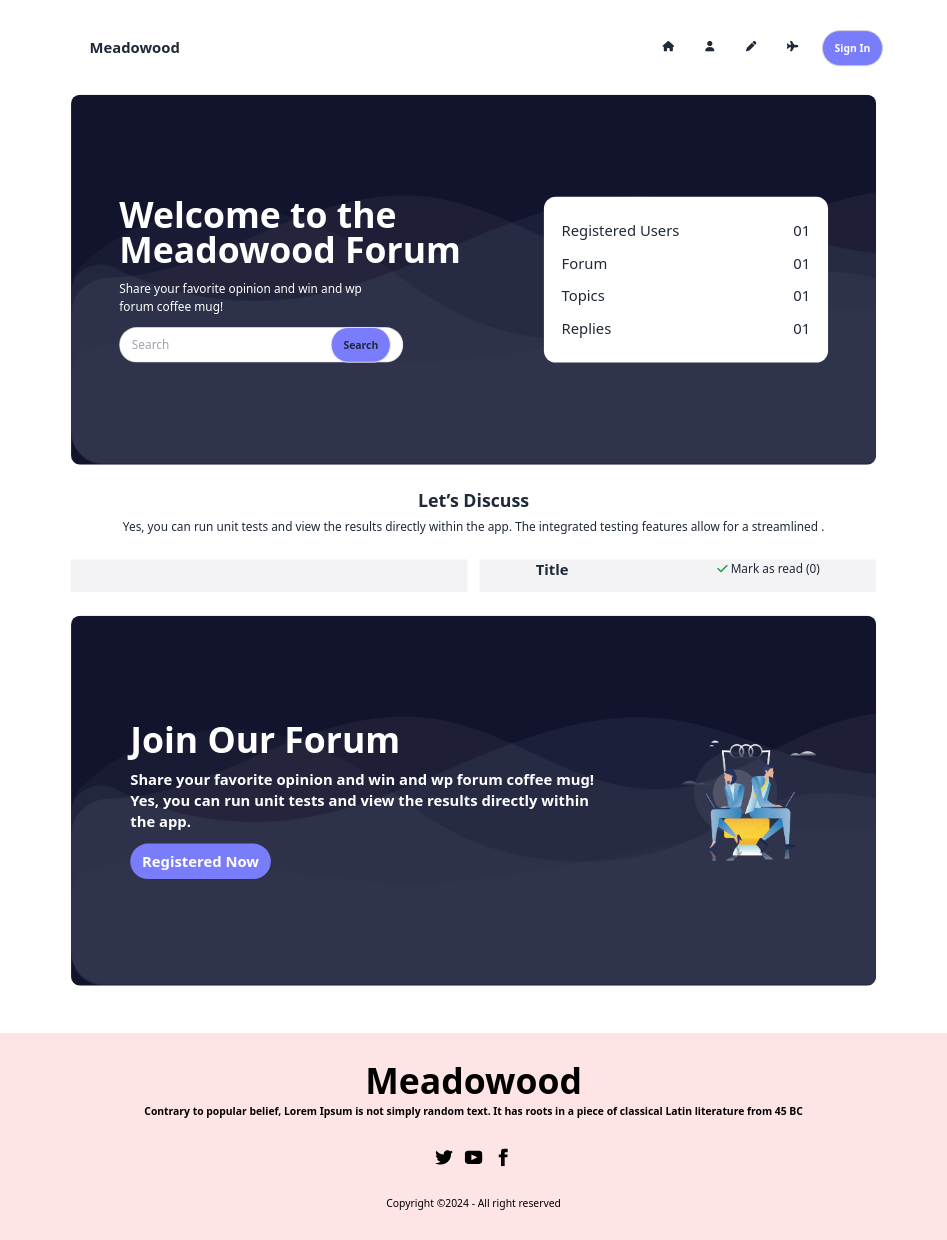
Repository: RudrasahaDibos/Meadowood-Forum
Page: index.html
An editor plug-in stored every save of this project. The page is shown before and after a run of saves, followed by the edit.
The browser window is 1280 px wide. The pictures show the whole page, at 74% of full size.
The page's requests for data from a server got no answer. Some web libraries are served in a nearby version.

Above is the page before, as saved 2024-11-25 11:18:54.

After the next 3 saves:
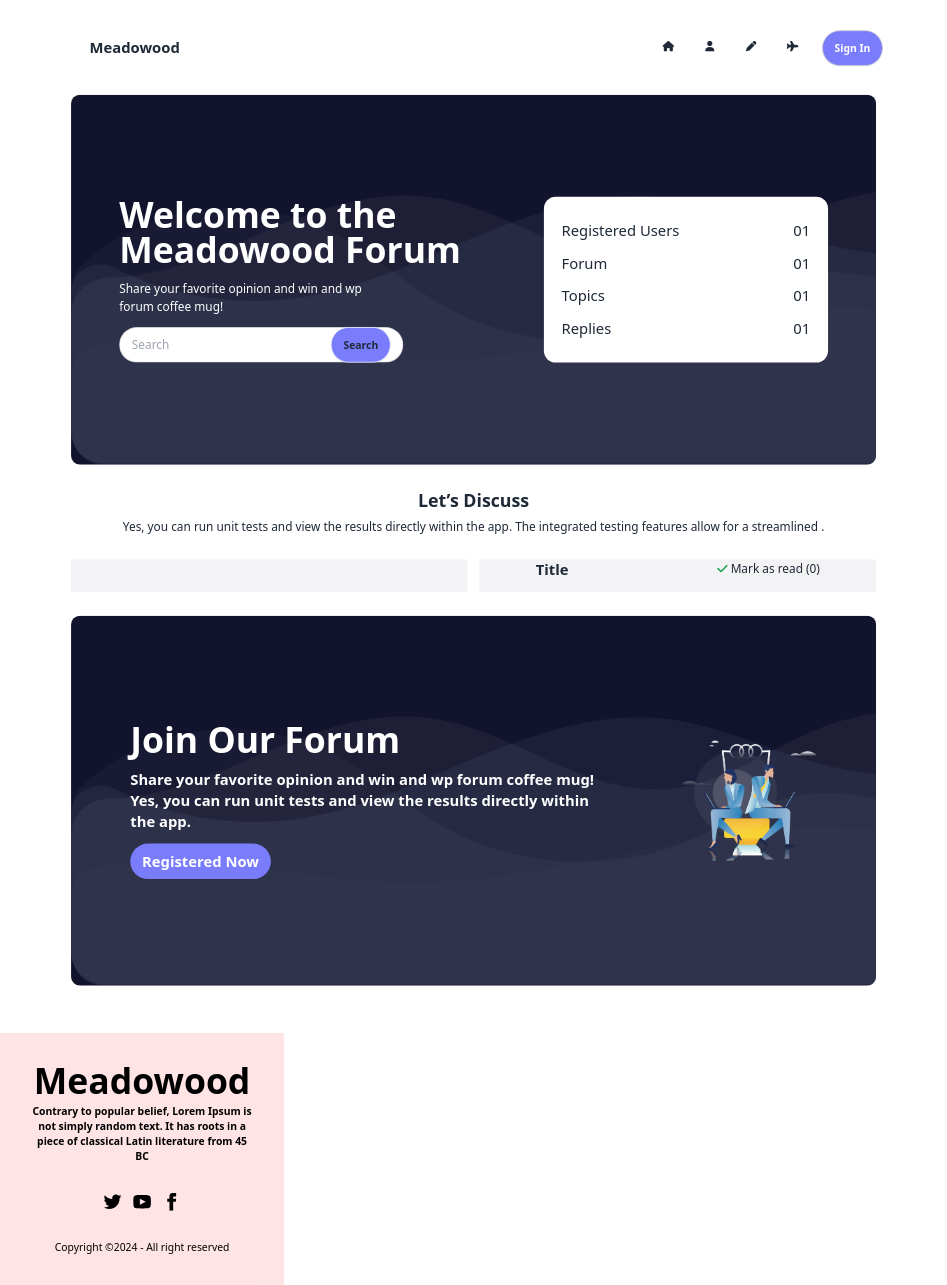
The 3 saves are shown as one change because they came seconds apart.
The last was saved 33 s later.
--- a/index.html
+++ b/index.html
@@ -217,7 +217,7 @@
         <!-- main is end here  -->
 
         <!-- footer is start here  -->
-        <footer class="footer footer-center bg-rose-100 text-primary-content p-10 mt-8">
+        <footer class="footer footer-center bg-rose-100 text-primary-content p-10 mt-8 w-96">
             <aside>
                 <h2
                 class="lg:text-5xl text-xl font-extrabold font-manrope text-black">

After the 2 saves that followed:
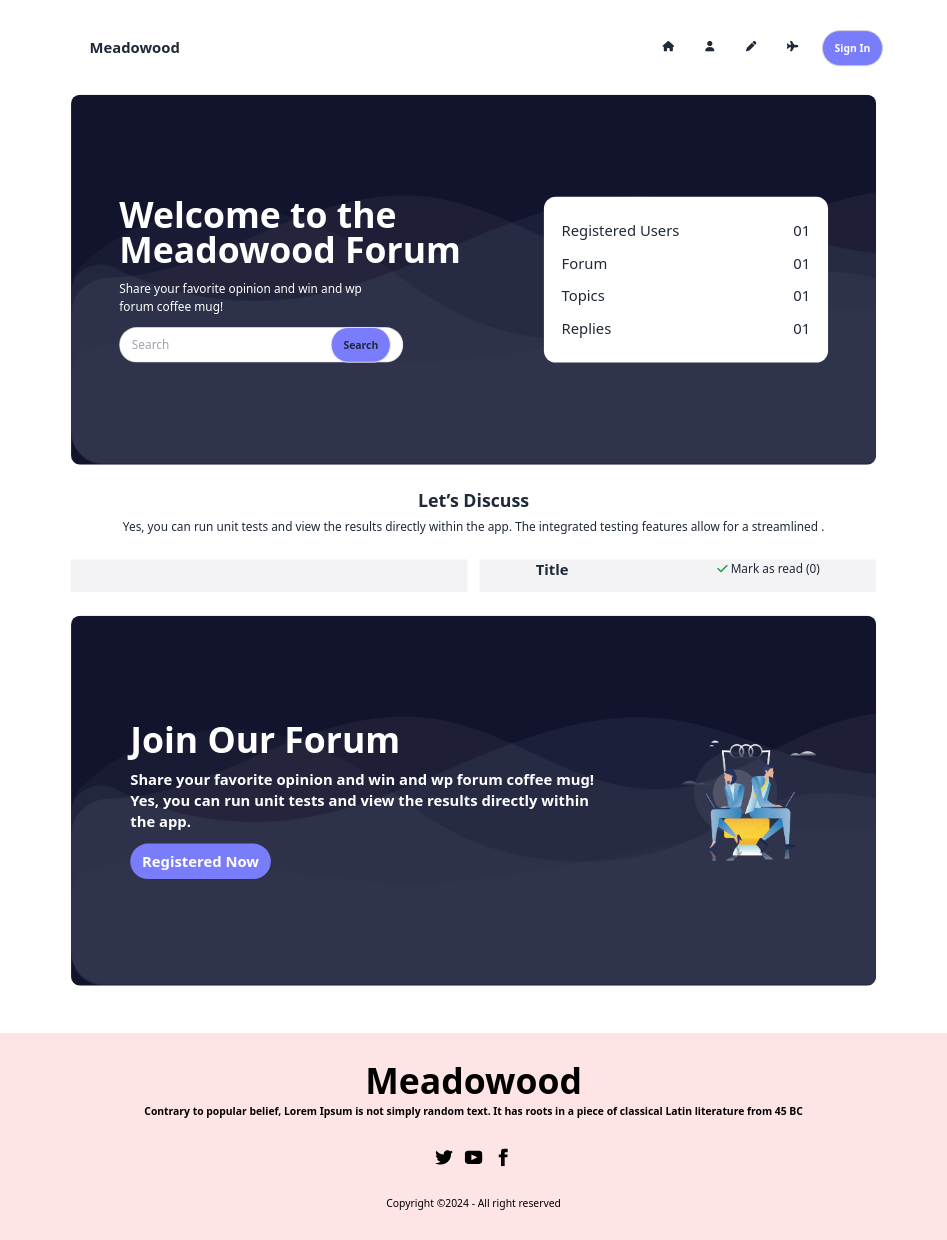
The 2 saves are shown as one change because they came seconds apart.
The last was saved 26 s later.
--- a/index.html
+++ b/index.html
@@ -217,7 +217,7 @@
         <!-- main is end here  -->
 
         <!-- footer is start here  -->
-        <footer class="footer footer-center bg-rose-100 text-primary-content p-10 mt-8 w-96">
+        <footer class="footer footer-center bg-rose-100 text-primary-content p-10 mt-8 lg:w-full w-96">
             <aside>
                 <h2
                 class="lg:text-5xl text-xl font-extrabold font-manrope text-black">
